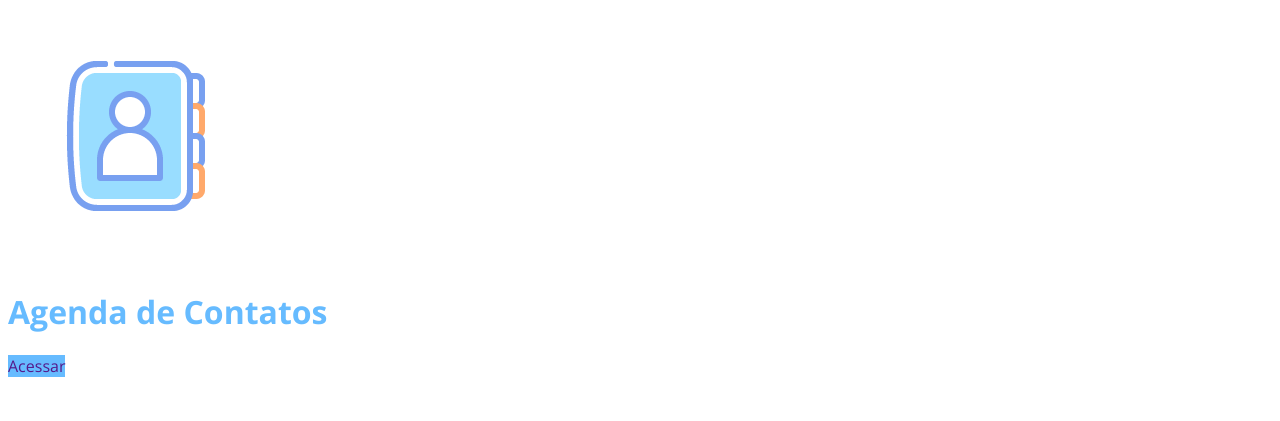
Repository: MarcoMoura21/agenda
Page: http://localhost/agenda/
These files come from the project's save history. The page is drawn as it stood at one moment and after the next save; the edit follows.
The browser window is 1280 px wide. The pictures show the whole page.
The page is served by Tomcat 9.

Above is the page before, as saved 2022-10-11 05:41:02.

After the next save:
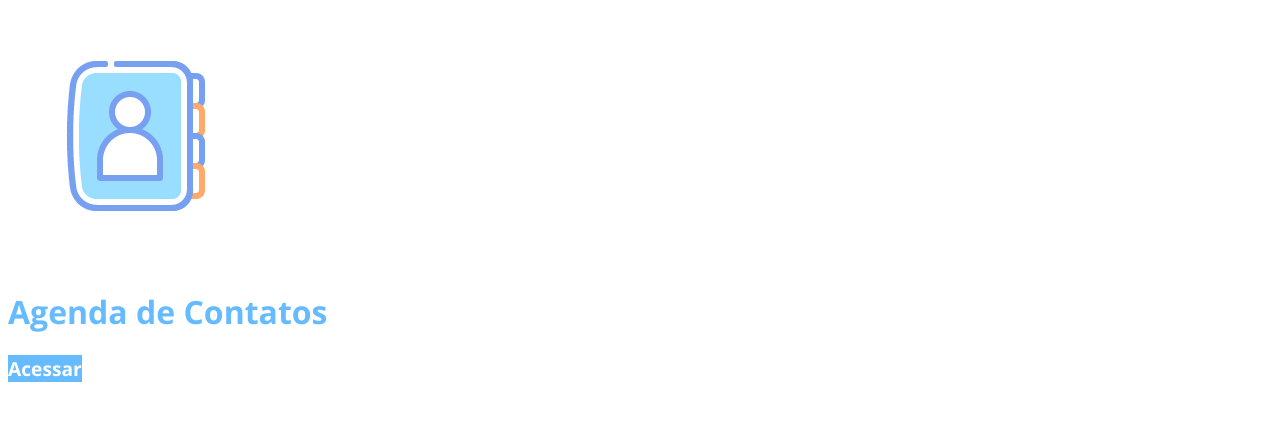
Saved 57 s later.
--- a/agenda/src/main/webapp/style.css
+++ b/agenda/src/main/webapp/style.css
@@ -15,4 +15,7 @@ h1 {
 	text-decoration: none;
 	background-color: #66bbff;
 	padding: 5px, 10px, 5px, 10px;
+	color: #fff;
+	font-size: 1.2em;
+	font-weight: 700;
 }
